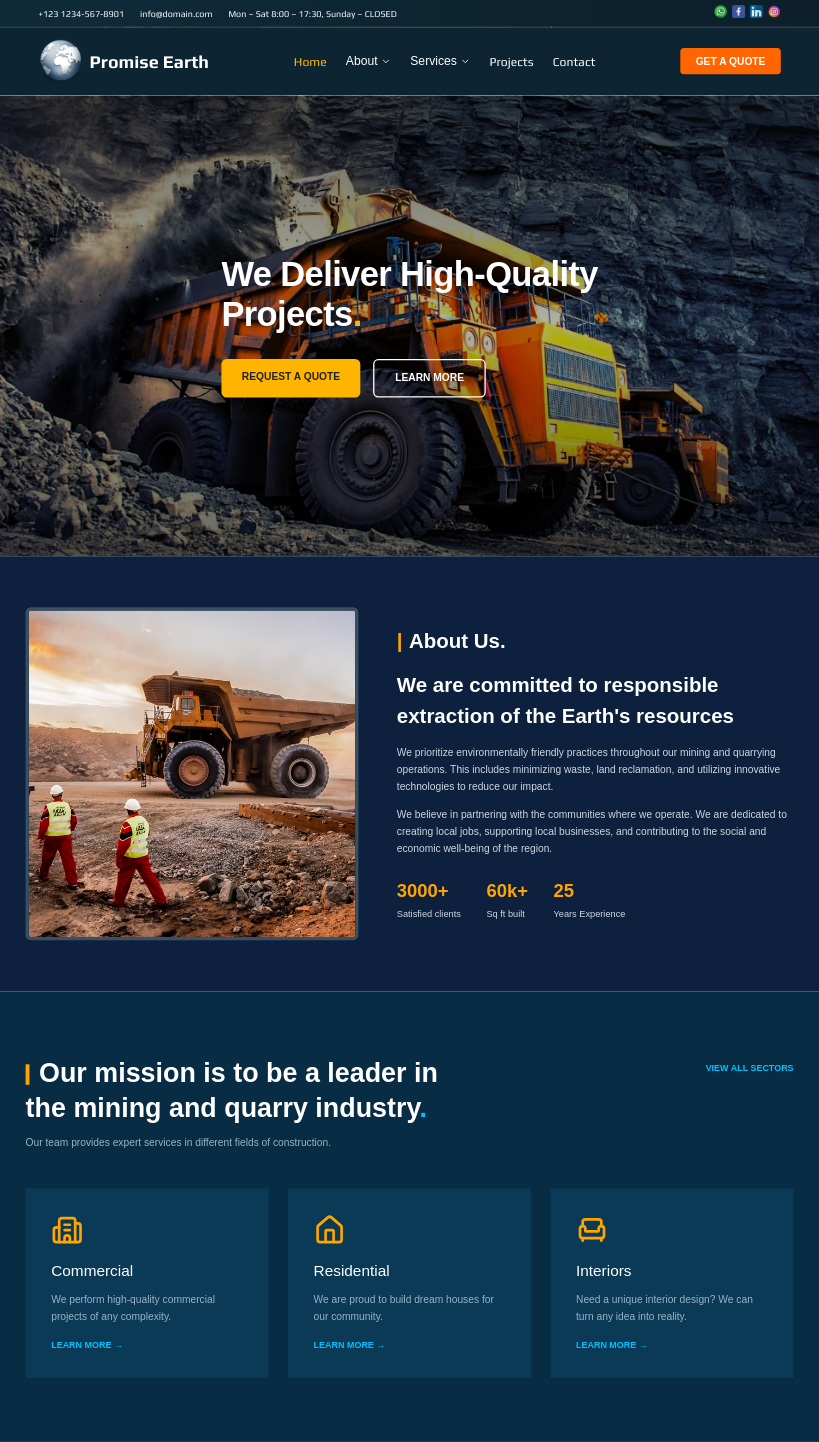
Repository: KC-Minchakpu/promise-earth
Page: /
The author's editor kept a copy of each file at every save. The page is drawn from the files as they stood at one save, then again after the next save.
The browser window is 1280 px wide. The pictures show the whole page, at 64% of full size.
The project was rebuilt for these pictures with package versions that can differ from the ones it lists, and the page was loaded fresh each time. The framework's server and built-in components were replaced by stand-ins that run in the browser. Also part of the build but not shown: next.config.ts.

Above is the page before, as saved 2026-02-26 15:24:12.

After the next save:
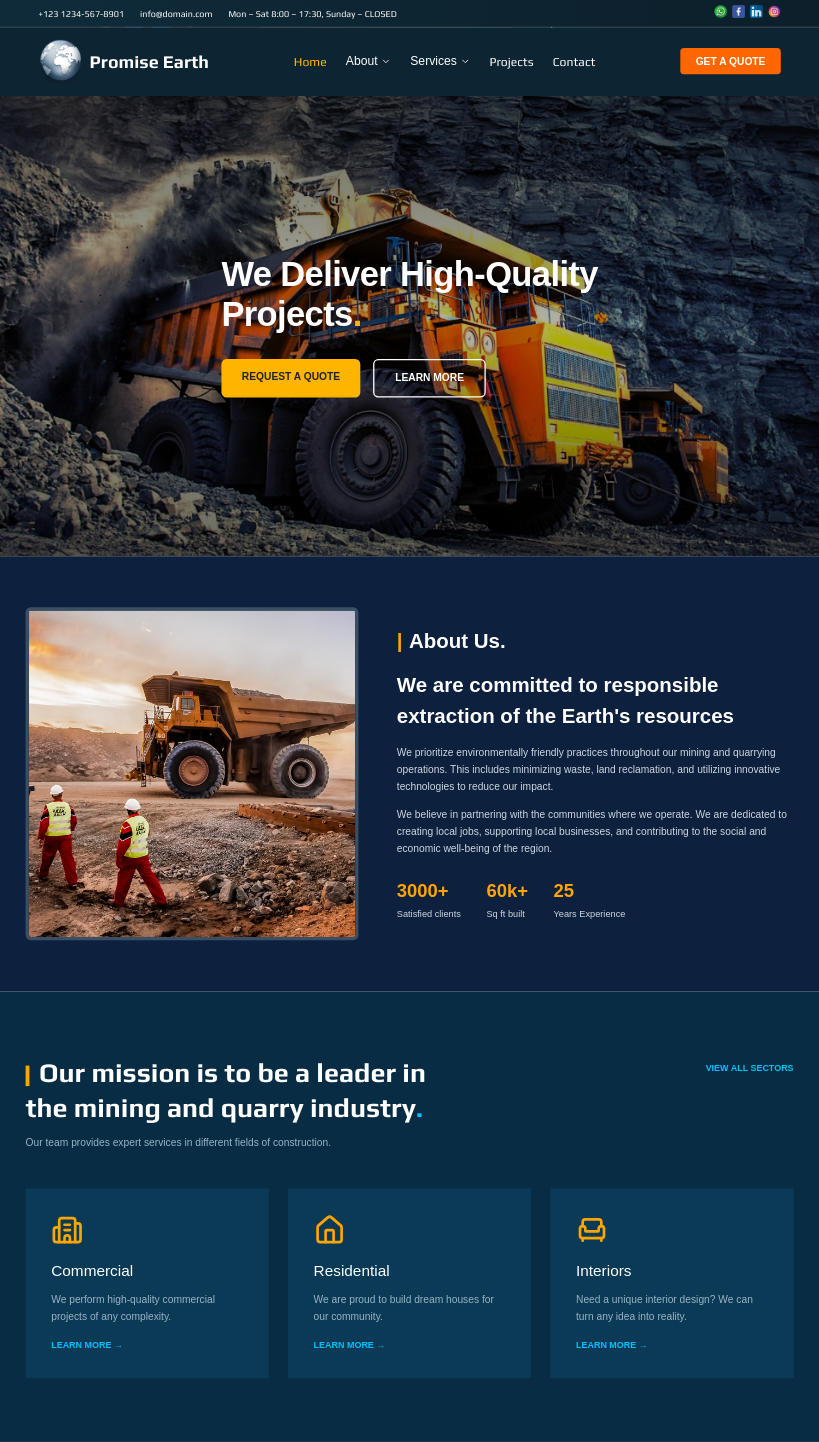
Saved 59 s later.
--- a/src/components/Services/ServicesSection.module.css
+++ b/src/components/Services/ServicesSection.module.css
@@ -25,6 +25,7 @@
 .title {
   color: white;
   font-size: 42px;
+  font-family: "Play", sans-serif;
   font-weight: 700;
   line-height: 1.3;
   max-width: 700px;
